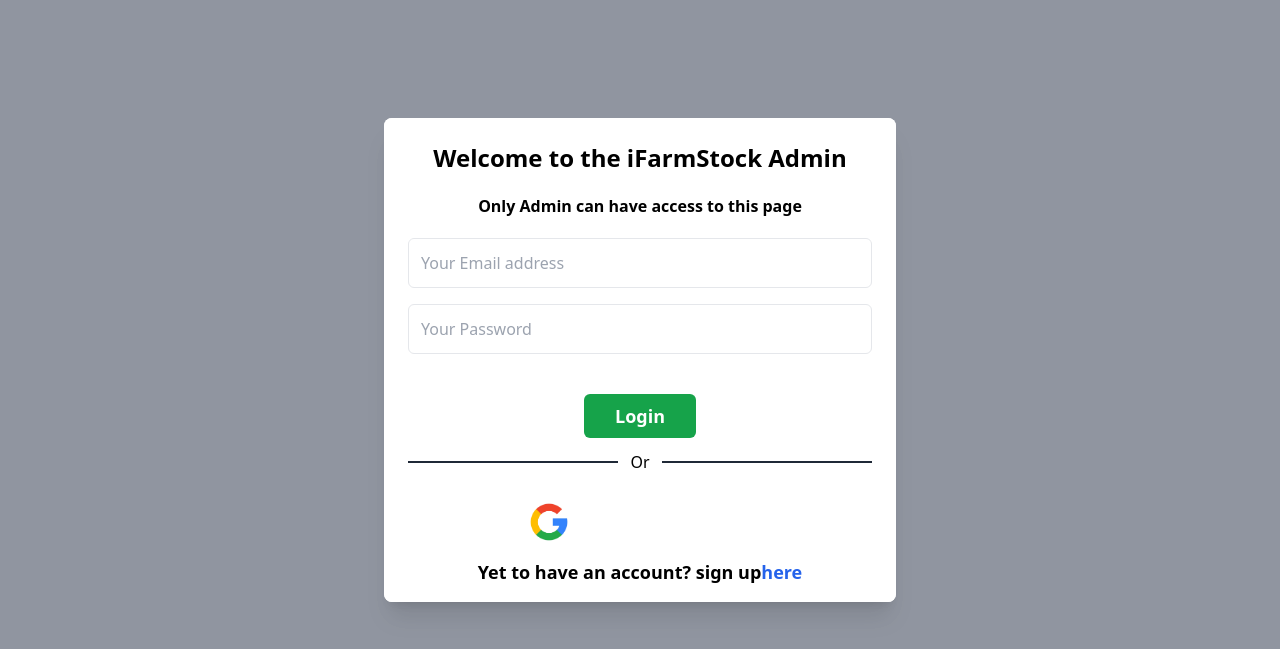
Repository: IssaMuiz/ifarmstock-admin
Page: /
These files come from the project's save history. The page is drawn as it stood at one moment and after the next save; the edit follows.
The browser window is 1280 px wide. The pictures show the whole page.
The project was rebuilt for these pictures with package versions that can differ from the ones it lists, and the page was loaded fresh each time. The framework's server and built-in components were replaced by stand-ins that run in the browser. Also part of the build but not shown: next.config.mjs, components/spinner.tsx.

Above is the page before, as saved 2024-09-28 04:10:36.

After the next save:
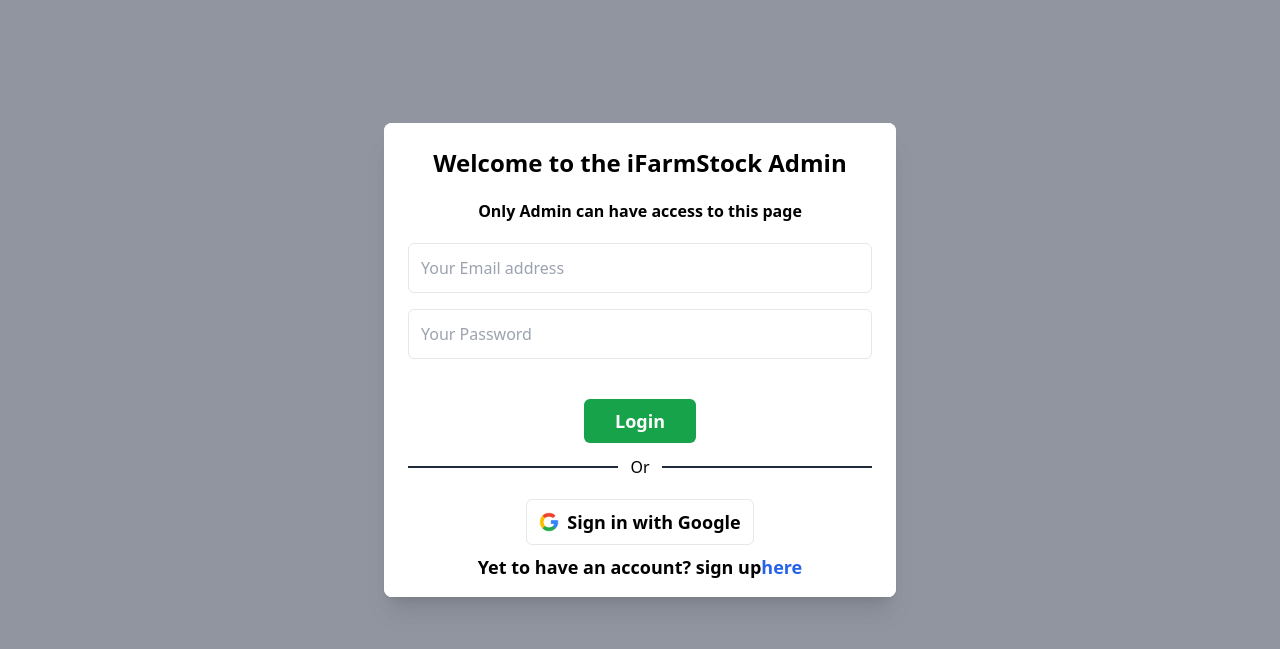
Saved 4 min 50 s later.
--- a/app/page.tsx
+++ b/app/page.tsx
@@ -137,13 +137,13 @@ const Login = () => {
                 </div>
                 <div
                   onClick={() => signIn("google")}
-                  className="bg-white w-max p-2 text-white text-lg rounded-md flex gap-2 items-center font-semibold mx-auto mt-2 hover:bg-green-600 px-3 hover:shadow-lg"
+                  className=" w-max p-2 text-black border text-lg rounded-md flex gap-2 items-center font-semibold mx-auto mt-2 hover:bg-green-600 px-3 hover:shadow-lg"
                 >
                   <Image
                     src="/assets/images/google-image.png"
                     alt="google-image"
-                    height={40}
-                    width={40}
+                    height={20}
+                    width={20}
                   />
                   <span>Sign in with Google</span>
                 </div>
